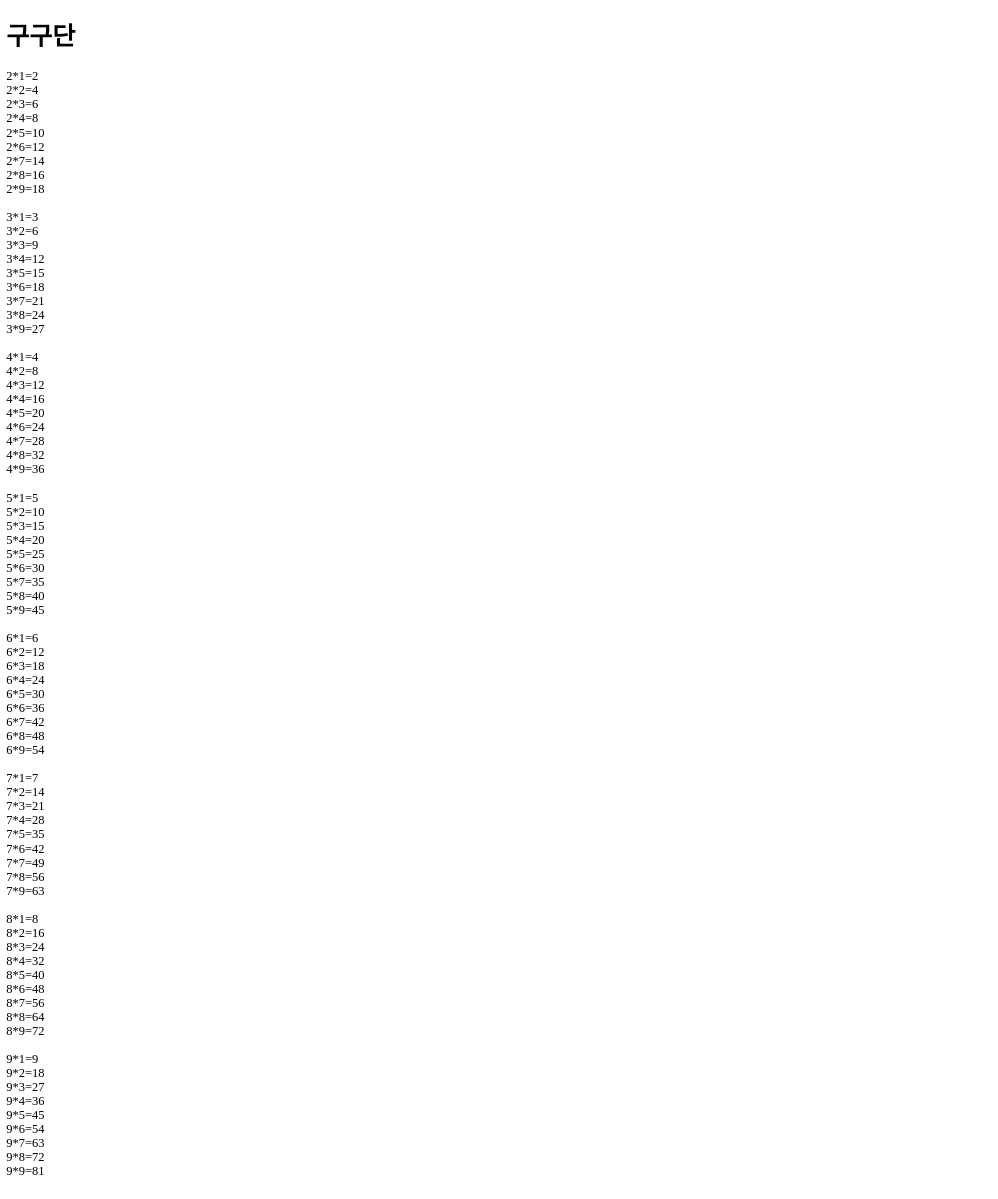
Repository: ohseung-web/Jsp2026
Page: http://localhost/chapter01/test02.jsp
The author's editor kept a copy of each file at every save. The page is drawn from the files as they stood at one save, then again after the next save.
The browser window is 1280 px wide. The pictures show the whole page, at 78% of full size.
The page is served by Tomcat 9.

Above is the page before, as saved 2026-10-16 04:15:15.

### chapter01/src/main/webapp/test02.jsp
<%@ page language="java" contentType="text/html; charset=UTF-8"
    pageEncoding="UTF-8" import="java.util.*"  %>
<!DOCTYPE html>
<html>
<head>
<meta charset="UTF-8">
<title>Insert title here</title>
</head>
<body>
		<!-- 구구단 2단 ~ 9단까지 모두 출력할 것  -->
		<h1>구구단</h1>
		<% for(int i=2; i<=9; i++){
			  for(int j=1; j<=9; j++){
		%>
		  	<%=i%>*<%=j%>=<%= i*j %><br/>
		  	<%-- <%=i+"*"+j+"="+ i*j %><br/> --%>
		<% }%><br/>
		<% } %>
</body>
</html>

After the next save:
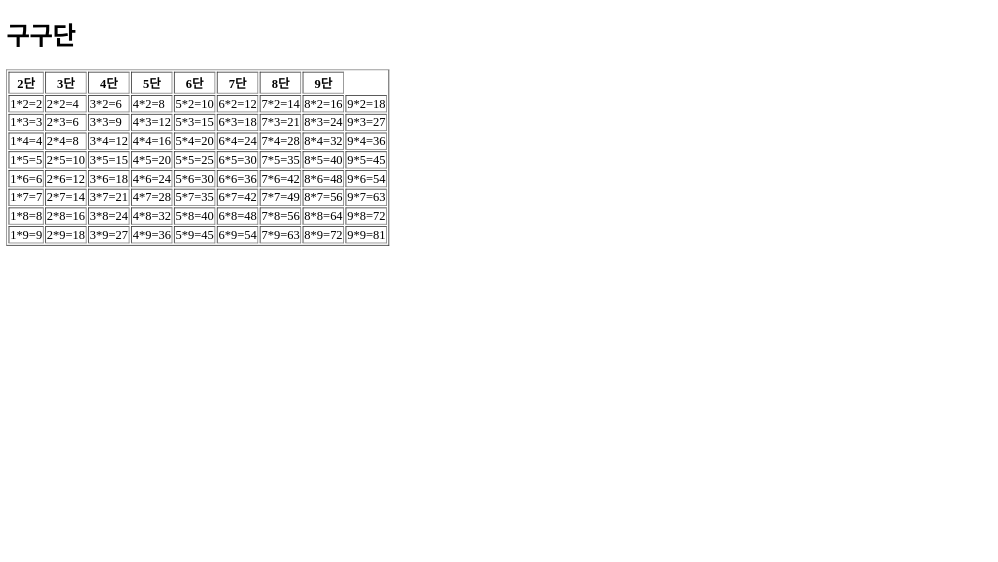
Saved 9 min 15 s later.
--- a/chapter01/src/main/webapp/test02.jsp
+++ b/chapter01/src/main/webapp/test02.jsp
@@ -9,12 +9,23 @@
 <body>
 		<!-- 구구단 2단 ~ 9단까지 모두 출력할 것  -->
 		<h1>구구단</h1>
-		<% for(int i=2; i<=9; i++){
-			  for(int j=1; j<=9; j++){
+		<table border="1">
+		<!-- 2단.... -->
+		<tr>
+			<% for(int i=2; i<=9; i++){ %>
+			   <th><%= i %>단</th>
+			<%} %>
+		</tr>
+
+		<% for(int i=2; i<=9; i++){%>
+		<tr>
+			 <% for(int j=1; j<=9; j++){
 		%>
-		  	<%=i%>*<%=j%>=<%= i*j %><br/>
-		  	<%-- <%=i+"*"+j+"="+ i*j %><br/> --%>
-		<% }%><br/>
+		  	<td><%=j%>*<%=i%>=<%= i*j %></td>
+		<% }%>
+		</tr>
 		<% } %>
+
+		</table>
 </body>
 </html>
